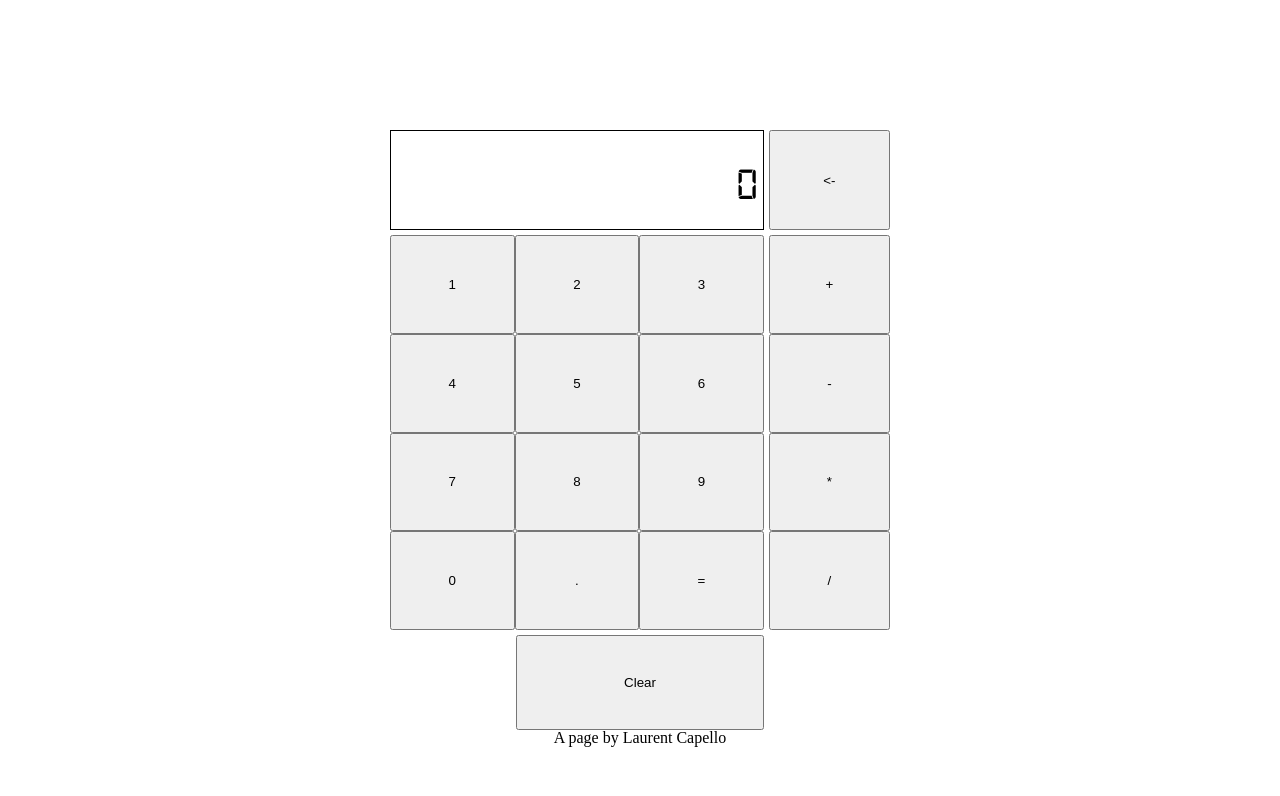
Repository: sokafootball/js-calculator
Page: index.html
The author's editor kept a copy of each file at every save. The page is drawn from the files as they stood at one save, then again after the next save.
The browser window is 1280 px wide. The pictures show the whole page.

Above is the page before, as saved 2020-05-06 19:21:50.

### index.html
<html>
<head>
  <title>Javascript Calculator - By Laurent Capello</title>
  <link rel="stylesheet" type="text/css" href="reset.css">
  <link rel="stylesheet" type="text/css" href="style.css">
  <!--<link rel="stylesheet" type="text/css" href="wireframe.css">-->
  <link href="https://fonts.googleapis.com/css2?family=Barlow:wght@300&display=swap" rel="stylesheet">
</head>
<body>
<main id="main">
  <div id="calculator">
    <p id="display">0</p>
    <button id="backspace" class="button"><-</button>
    <div id="numpad">
      <button class="button num-button">1</button>
      <button class="button num-button">2</button>
      <button class="button num-button">3</button>
      <button class="button num-button">4</button>
      <button class="button num-button">5</button>
      <button class="button num-button">6</button>
      <button class="button num-button">7</button>
      <button class="button num-button">8</button>
      <button class="button num-button">9</button>
      <button class="button num-button">0</button>
      <button id="decimal-button" class="button">.</button>
      <button id="equal-button" class="button">=</button>
    </div>
    <div id="operators">
      <button class="button operation-button">+</button>
      <button class="button operation-button">-</button>
      <button class="button operation-button">*</button>
      <button class="button operation-button">/</button>
    </div>
    <button id="clear-button" class="button">Clear</button>
  </div>
</main>
<footer id="footer">
  <p>A page by <span id="signature">Laurent Capello</span></p>
</footer>
<div id="hidden-element" class="display-full" style="display: none"></div>
<script type="text/javascript" src="script.js"></script>
</body>
</html>

### style.css
@font-face {
  font-family: "calcFont";
  src: url("./fonts/digital-7/digital-7.ttf");
  }

body{
  align-items: center;
  display: flex;
  flex-direction: column;
  justify-content: space-between;
}

.display-full{
  animation-name: display-full;
  animation-duration: 0.3s;
}

#backspace{
  grid-area: backspace;
}

#calc-top{
  margin-bottom: 40px;
}

#clear-button{
  grid-area: clear;
}

#display{
  border: 1px solid black;
  font-family: 'calcFont', sans-serif;
  font-size: 45px;
  grid-area: display;
  line-height: 95px;
  padding-right: 5px;
  text-align: right;
  vertical-align: middle;
}

#calculator{
  display: grid;
  gap: 5px 5px;
  grid-template-areas:
    "display display display backspace"
    "numpad numpad numpad operators"
    "numpad numpad numpad operators"
    "numpad numpad numpad operators"
    "numpad numpad numpad operators"
    ". clear clear .";
  grid-template-columns: repeat(4, 1fr);
  grid-template-rows: 100px repeat(5, 1fr); /*first row is fixed to stop the border animation from taking space from other rows*/
  height: 600px;
  margin-top: 130px;
  width: 500px;
}

#footer{
  margin-bottom: 50px;
}

#numpad{
  display: grid;
  grid-area: numpad;
  grid-template-columns: repeat(3, 1fr);
  grid-template-rows: repeat(4, 1fr);
}

#operators{
  display: flex;
  flex-direction: column;
  justify-content: space-evenly;
  grid-area: operators;
}

#operators button{
  flex-grow: 1;
}

@keyframes display-full{
  0% {border: 1px solid black;}
  50% {
    border: 2px solid red;
    box-shadow: 0px 0px 6px 1px red;
    line-height: 93px;
    padding-right: 4px;
  }
  100% {border: 1px solid black;}
}

### script.js
/*
CODE BY LAURENT CAPELLO
*/

//#region STARTUP
const MAX_DISPLAY_LENGTH = 14
const MAX_DECIMALS = 3
const EXPONENTIAL_NOTATION_DIGITS = MAX_DISPLAY_LENGTH - 4 //4 digits are reserved for the exponential notation and the dot
let display = document.querySelector(`#display`)
let overwriteIsOn = true
let operation = null, operand1 = null, operand2 = null

addFunctionsToBtns()

function addFunctionsToBtns(){
	let numButtons = document.querySelectorAll(`.num-button`)
	numButtons = Array.from(numButtons)
	numButtons.forEach(button => {
		button.addEventListener(`click`, () => pressNumBtn(button.innerText))
	});

	let opButtons = document.querySelectorAll(`.operation-button`)
	opButtons = Array.from(opButtons)
	opButtons.forEach(button => {
		button.addEventListener(`click`, () => pressOperationBtn(button.innerText))
	});

	let equalButton = document.querySelector(`#equal-button`)
	equalButton.addEventListener(`click`, pressEqualBtn)

	let clearButton = document.querySelector(`#clear-button`)
	clearButton.addEventListener(`click`, pressClearBtn)

	let bckSpaceBtn = document.querySelector(`#backspace`)
	bckSpaceBtn.addEventListener(`click`, pressBackspaceBtn)

	let decimalBtn = document.querySelector(`#decimal-button`)
	decimalBtn.addEventListener(`click`, pressDecimalBtn)

	document.onkeydown = (e) => filterKeyPress(e)
}

function filterKeyPress(e){
	console.log(`key pressed`)
	if (e.which <= 105 && e.which >= 96){
		pressNumBtn(Number(e.key))
	} else if (e.which == 106 || e.which == 107 || e.which == 109 || e.which == 111) {
		pressOperationBtn(e.key)
	} else if (e.which == 13){
		pressEqualBtn()
	} else if (e.which == 110){
		pressDecimalBtn()
	} else if (e.which == 8){
		pressBackspaceBtn()
	}
}
//#endregion

//#region SUPPORT FUNCTIONS
function clear(){
	display.innerText = `0`
	operation = null
	operand1 = null
	operand2 = null
	overwriteIsOn = true
}

function displayNumber(num){
	if(num == 0 && display.innerText == `0`) return
  if(overwriteIsOn){
		if(num == `.`){
			display.innerText += num
		}else{
			display.innerText = num
		}
		overwriteIsOn = false
	}else{
		if(display.innerText.length >= MAX_DISPLAY_LENGTH){
			animateDisplay()
			return
		}
		display.innerText += num
	}
}

function displayResult(){
	operand1 = operate(operation, operand1, operand2)
	operand2 = null
	display.innerText = operand1
}

function saveNumber(){
	if(operation == null)
		operand1 =  Number(display.innerText)
	else operand2 =  Number(display.innerText)
}

function saveOperation(operationSign){
	operation = operationSign
	overwriteIsOn = true
}

function truncateDecimals(num){
	if((num % 1).toString().length > MAX_DECIMALS) return Number(num).toFixed(MAX_DECIMALS)
	return num
}

function truncateIntegers(num){
	if(num.toString().length <= MAX_DISPLAY_LENGTH) return num
	return num.toExponential(EXPONENTIAL_NOTATION_DIGITS)
}
//#endregion

//#region BUTTONS FUNCTIONS
function pressBackspaceBtn(){
	//if display length is 1
	if(display.innerText.length == 1){
		display.innerText = `0`
	}else{
		let displayArray = Array.from(display.innerText)
		displayArray.pop()
		display.innerText = displayArray.join(``)
	}
	saveNumber()
}

function pressDecimalBtn(){
	//add dot to the right of the number on display
	if (display.innerText.includes(`.`)) return
	displayNumber(`.`)
	saveNumber()
}

function pressClearBtn(){
	clear()
}

function pressEqualBtn(){
	if(operand1 != null && operand2 != null){
		displayResult()
		operation = null
		overwriteIsOn = true
		operand2 = null
	}else{
		operation = null
		overwriteIsOn = true
		operand2 = null
		display.innerText = operand1 == null ? `0` : operand1
	}
}

function pressNumBtn(num){
	displayNumber(Number(num))
	saveNumber()
}

function pressOperationBtn(operationSign){
	if (operation == null){
		saveOperation(operationSign)
	}else{
		if(operand1 != null && operand2 != null){
			displayResult()
		}
		saveOperation(operationSign)
	}
}
//#endregion

//#region MATH FUNCTIONS
function operate(operation, a, b){
	let result = null
	switch (operation){
		case `+`:
			operation = add
			break
		case `-`:
			operation = subtract
			break;
		case `*`:
			operation = multiply
			break
		case `/`:
			operation = divide
			break;
		default:
			console.log(`invalid operation`)
			return
	}
	result = Number(operation(a,b))
	result = truncateDecimals(result)
	result = truncateIntegers(result)
  return Number(result)
}

function add (...nums) {
	return nums.reduce((total, num) => {
		return total + num
	}, 0)
}

function subtract (...nums) {
	return nums.reduce((total, num) => {
		return total - num
	})
}

function sum (arr) {
	return add(...arr)
}

function divide (...nums){
	if (nums[1] == 0){
		console.log(`you can't divide by 0!`)
		clear()
		return 0
	}
	return nums.reduce((total, num) => total / num
	)
}

function multiply (...nums) {
	return nums.reduce((total, num) => {
		return total * num
	})
}
//#endregion

//#region DISPLAY ANIMATION FUNCTIONS
function convertDuration(durationString){
	let duration = Number(durationString.replace(`s`, ``))
	return duration * 1000
}

function animateDisplay(){
	let animDurationString = getComputedStyle(document.querySelector(`.display-full`)).animationDuration
	const ANIM_DURATION = convertDuration(animDurationString)
	display.classList.remove(`display-full`)
	display.classList.add(`display-full`)
	setTimeout(() => display.classList.remove(`display-full`), ANIM_DURATION);
}
//#endregion

Loaded but not shown: reset.css (common file)

After the next save:
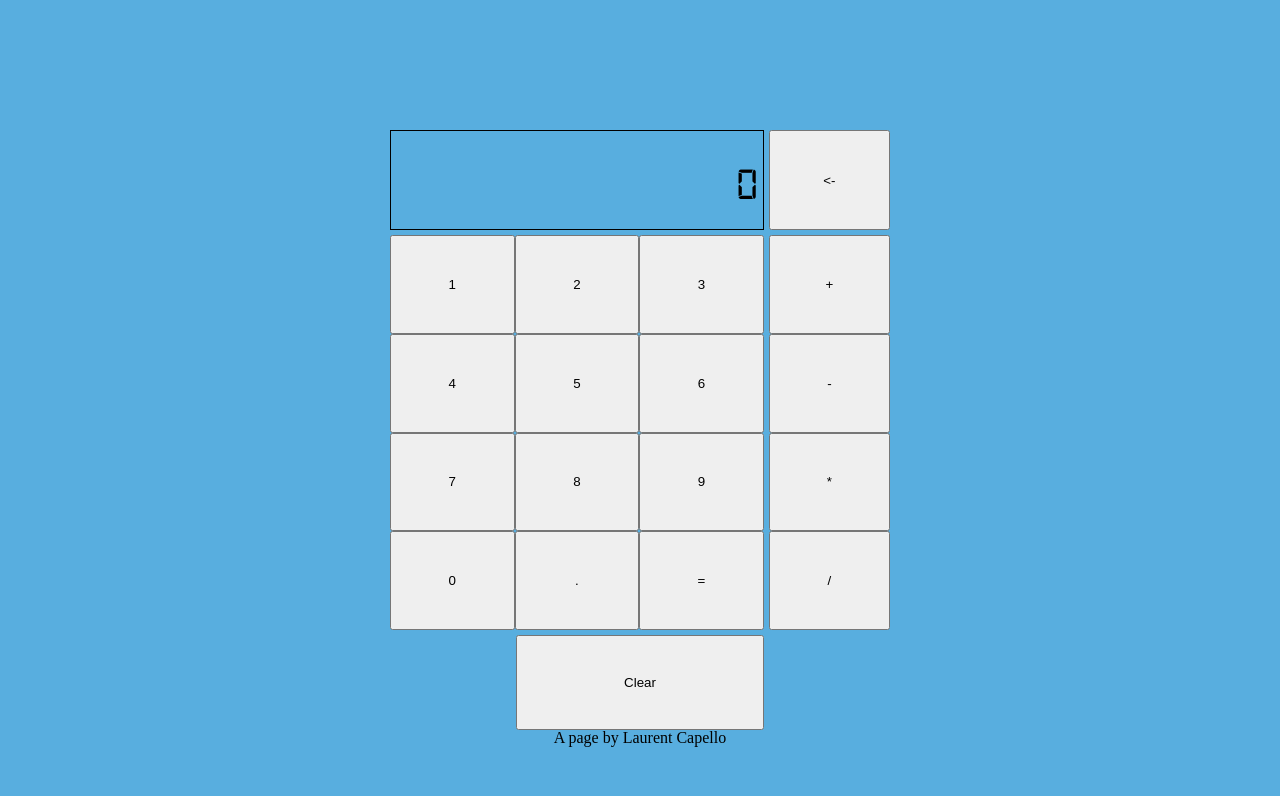
Saved 3 min 46 s later.
--- a/style.css
+++ b/style.css
@@ -5,6 +5,7 @@
 
 body{
   align-items: center;
+  background-color: hsl(202, 68%, 61%);
   display: flex;
   flex-direction: column;
   justify-content: space-between;
